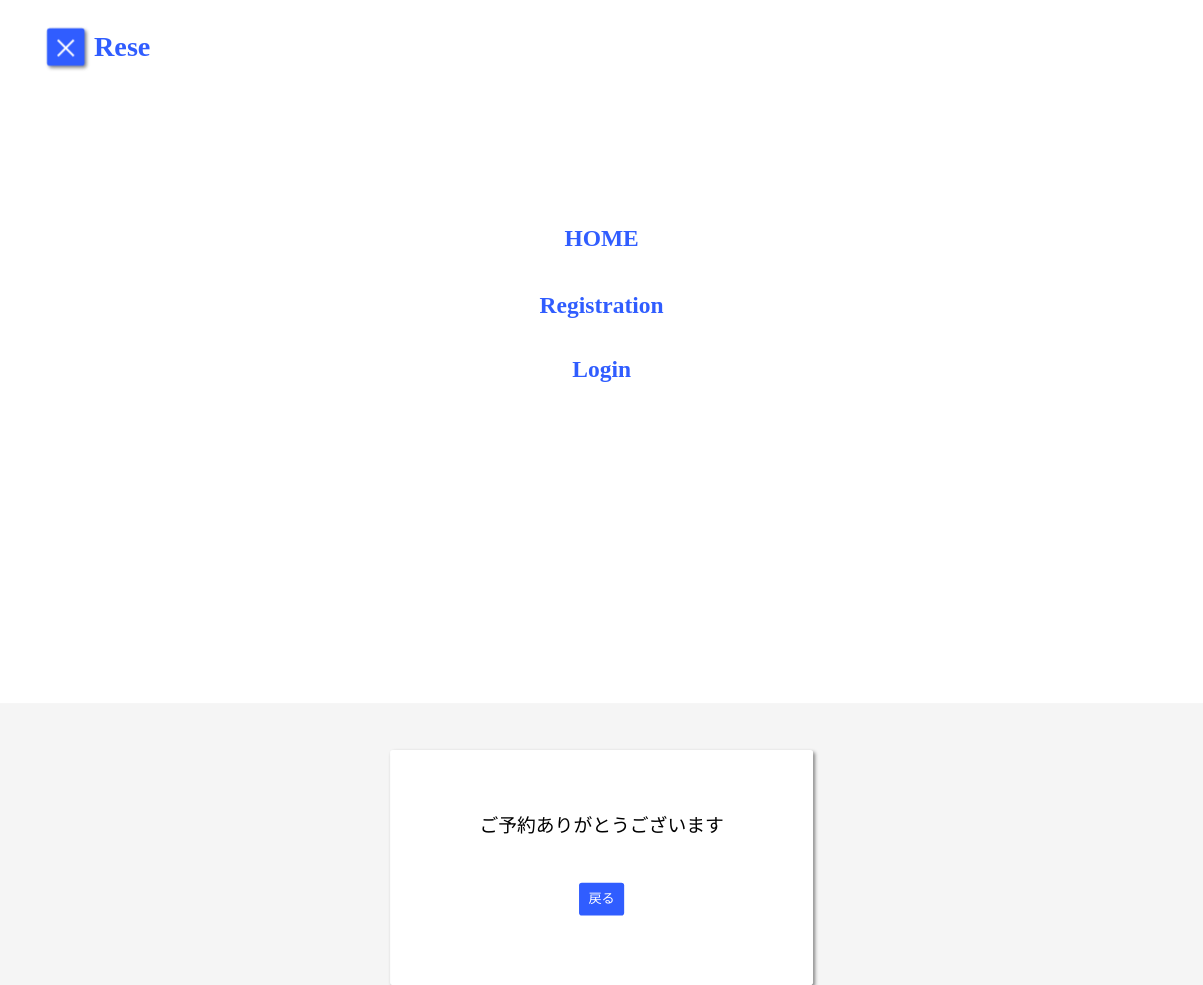
Repository: Haruka-Wada/Rese
Page: http://localhost/done
These files come from the project's save history. The page is drawn as it stood at one moment and after the next save; the edit follows.
The browser window is 1280 px wide. The pictures show the whole page, at 94% of full size.
After loading, the first visible `div.header__hamburger` was clicked once.
The page is served by the project's Laravel application, run on PHP 8.4 with Laravel 8.

Above is the page before, as saved 2024-10-28 14:58:07.

After the next save:
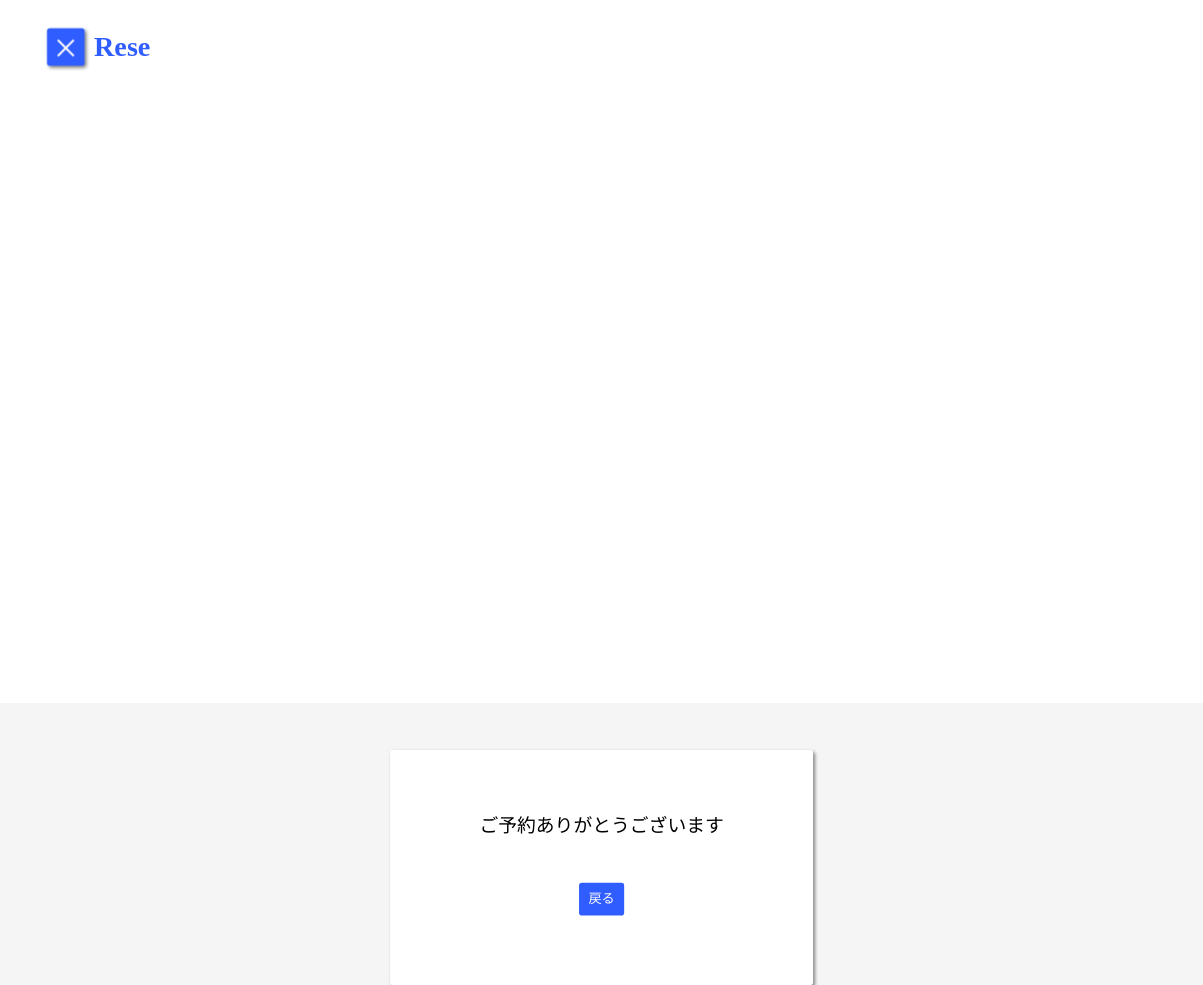
Saved 6 min 29 s later.
--- a/src/resources/views/layouts/app.blade.php
+++ b/src/resources/views/layouts/app.blade.php
@@ -46,7 +46,7 @@
     <script type="text/javascript">
         $(function() {
             $('.header__hamburger').click(function() {
-                $('.header__hamburger,.hamburger__menu,.header,.body__overlay').toggleClass('active');
+                $('.header__hamburger,.e.hamburger__menu,.header,.body__overlay').toggleClass('active');
             });
         });
     </script>

After the 3 saves that followed:
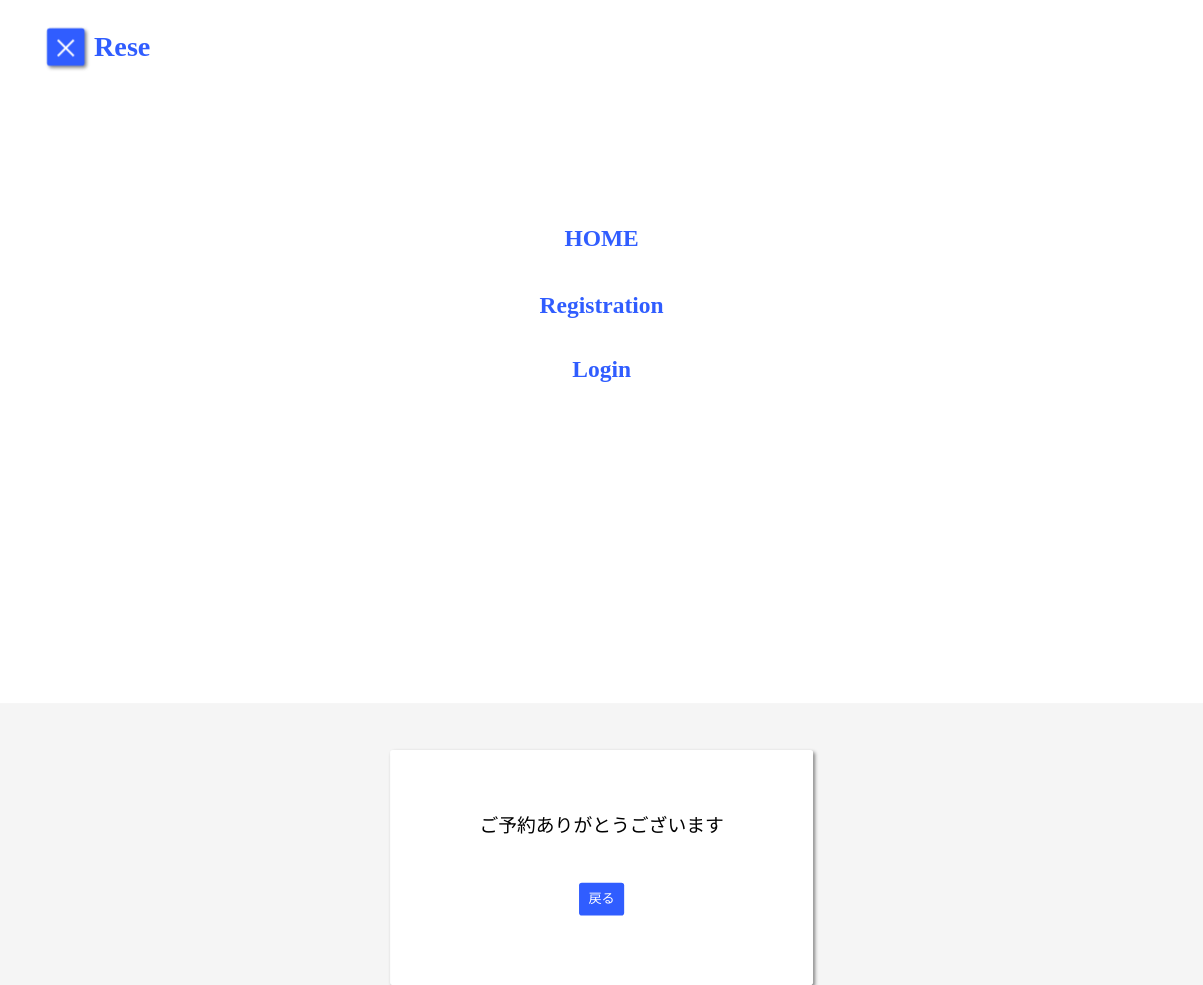
The 3 saves are shown as one change because they came seconds apart.
The last was saved 10 s later.
--- a/src/resources/views/layouts/app.blade.php
+++ b/src/resources/views/layouts/app.blade.php
@@ -46,7 +46,7 @@
     <script type="text/javascript">
         $(function() {
             $('.header__hamburger').click(function() {
-                $('.header__hamburger,.e.hamburger__menu,.header,.body__overlay').toggleClass('active');
+                $('.header__hamburger,.header__logo,.hamburger__menu,.header,.body__overlay').toggleClass('active');
             });
         });
     </script>
